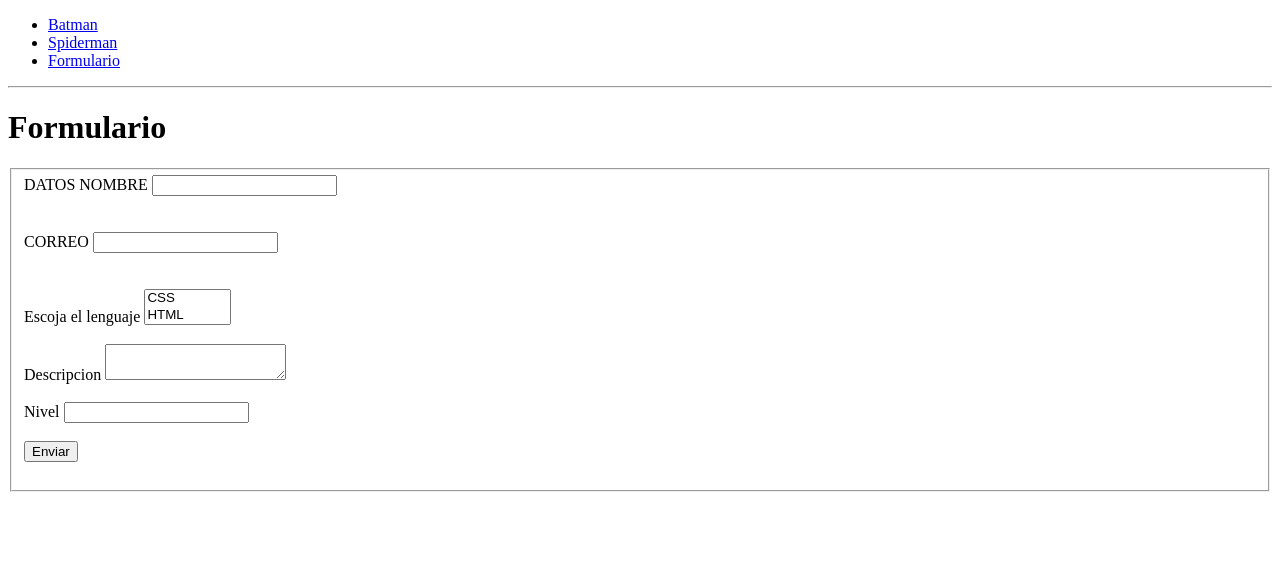
Repository: Arito05/Mi-primer-Repositorio
Page: dia1/formulario.html
These files come from the project's save history. The page is drawn as it stood at one moment and after the next save; the edit follows.
The browser window is 1280 px wide. The pictures show the whole page.

Above is the page before, as saved 2024-07-18 14:33:27.

### dia1/formulario.html
<!DOCTYPE html>
<html lang="en">
  <head>
    <meta charset="UTF-8" />
    <meta name="viewport" content="width=device-width, initial-scale=1.0" />
    <title>Formulario</title>
  </head>
  <body>
    <ul>
      <li><a href="intex.html">Batman</a></li>
      <li><a href="intex2.html">Spiderman</a></li>
      <li><a href="formulario.html">Formulario</a></li>
    </ul>
    <hr />
    <h1>Formulario</h1>

    <form>
      <fieldset>
        DATOS
        <label for="nombre">NOMBRE</label>
        <input
          type="text"
          name="nombre"
          id="nombre"
          style="color: blue"
        /><br /><br /><br />
        <label>CORREO</label>
        <input type="email" name="email" /> <br /><br /><br />

        <label for="lenguaje">Escoja el lenguaje</label>
        <select id="lenguaje" name="lenguaje" size="2">
          <option>CSS</option>
          <option>HTML</option>
          <option>JAVASCRIPT</option>
        </select>
        <br />
        <br />
        <labe>Descripcion</labe>
        <textarea></textarea> <br /><br />

        <label for="niveles">Nivel</label>
        <input list="niveles" />
        <datalist id="niveles">
          <option>1</option>
          <option>2</option>
          <option>3</option>
          <option>4</option>
          <option>5</option>
        </datalist>
        <br /><br />

        <button type="submit" value="enviar">Enviar</button> <br /><br />
      </fieldset>
    </form>
  </body>
</html>

After the next save:
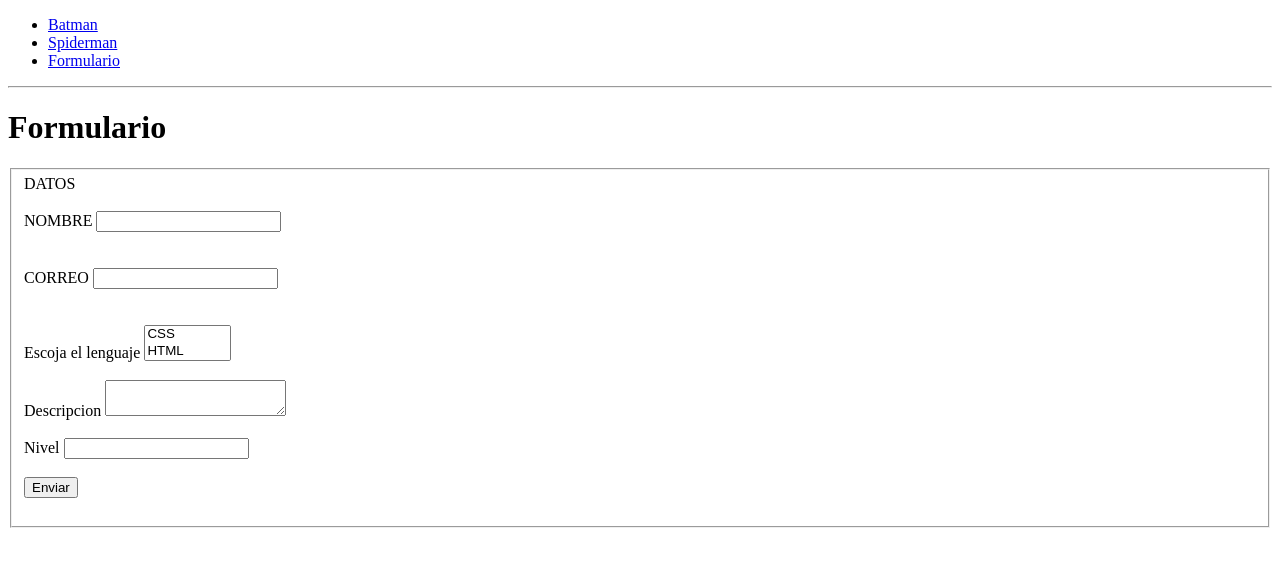
Saved 28 s later.
--- a/dia1/formulario.html
+++ b/dia1/formulario.html
@@ -16,7 +16,8 @@
 
     <form>
       <fieldset>
-        DATOS
+        DATOS<br /><br />
+
         <label for="nombre">NOMBRE</label>
         <input
           type="text"
